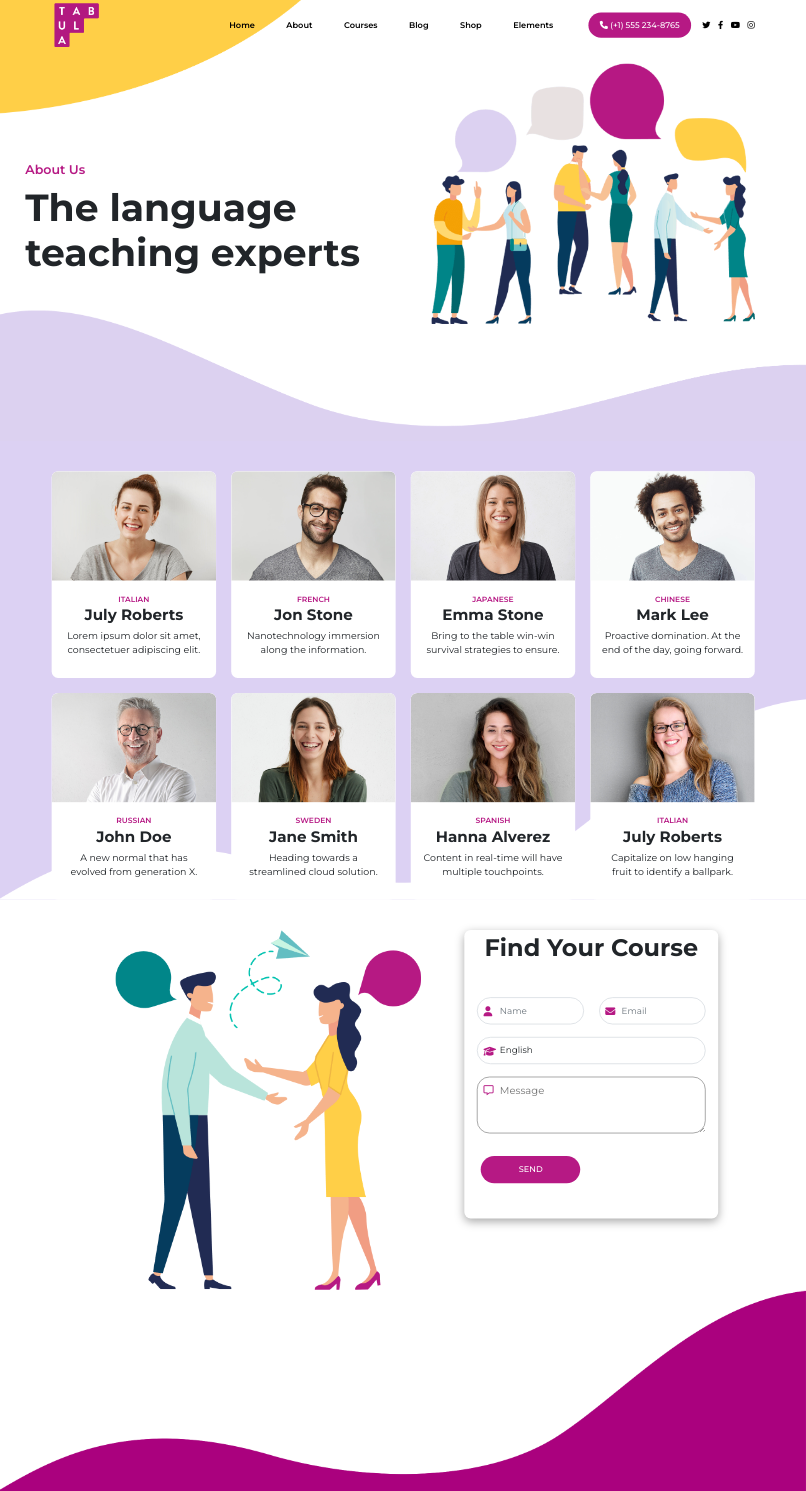
Repository: minhtrivu6199/tabula
Page: index.html
The author's editor kept a copy of each file at every save. The page is drawn from the files as they stood at one save, then again after the next save.
The browser window is 1280 px wide. The pictures show the whole page, at 63% of full size.
Some web libraries are served in a nearby version. The style sheet was rebuilt from its Sass, Less or Tailwind sources for each picture, by a compiler version that may differ from the author's.

Above is the page before, as saved 2022-09-28 11:29:55.

After the next save:
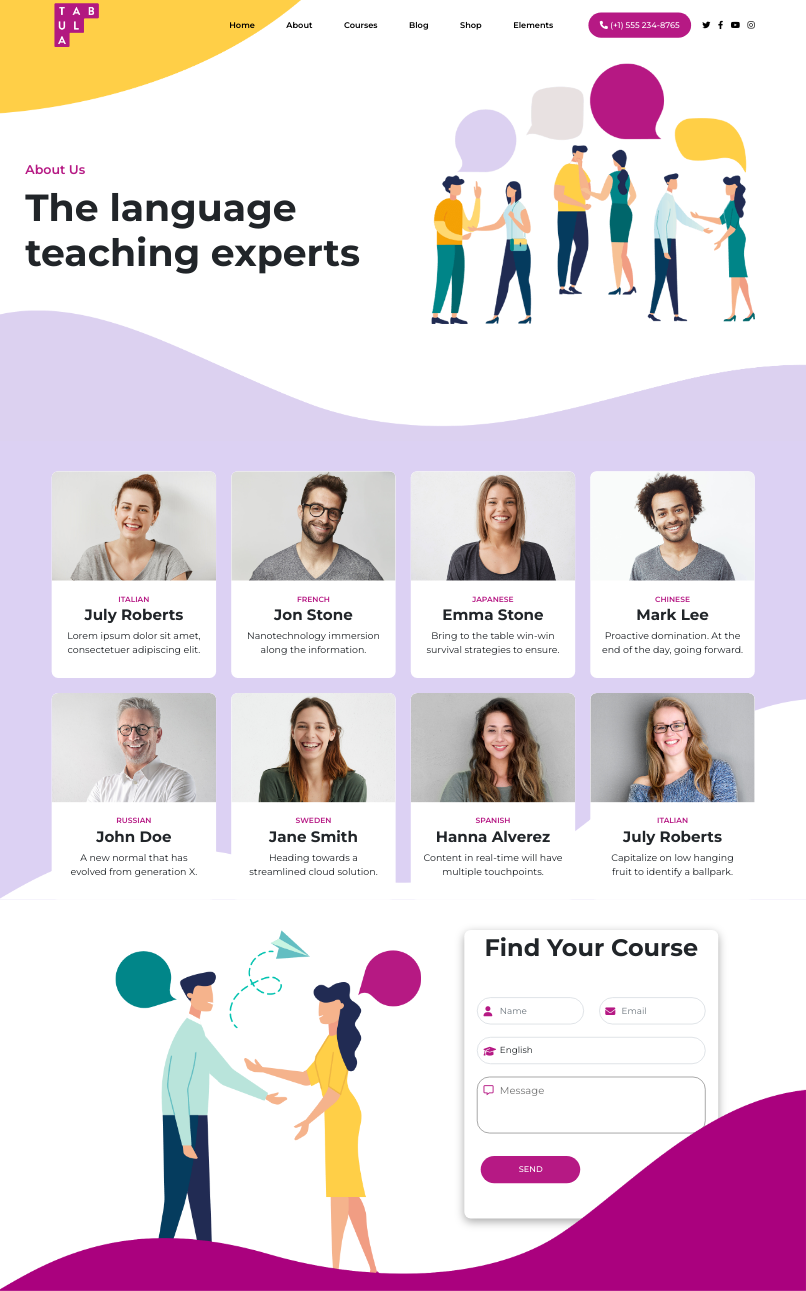
Saved 93 s later.
--- a/scss/style.scss
+++ b/scss/style.scss
@@ -360,6 +360,8 @@ img {
     }
 
     .bottom-img {
-
-    }
-}
+        position: absolute;
+        bottom: 0;
+        left: 0;
+    }
+}
